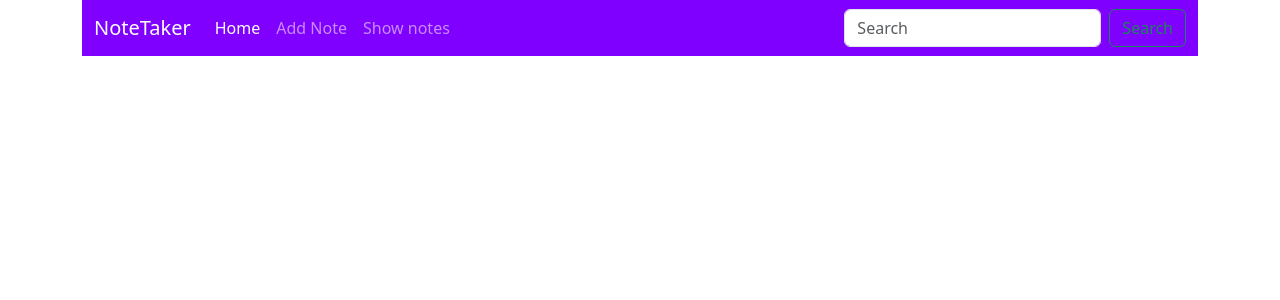
Repository: smritihbtu/Note-Maker
Page: http://localhost/NoteTaker/
An editor plug-in stored every save of this project. The page is shown before and after the next save, followed by the edit.
The browser window is 1280 px wide. The pictures show the whole page.
The page is served by Tomcat 9.

Above is the page before, as saved 2023-08-19 16:20:38.

After the next save:
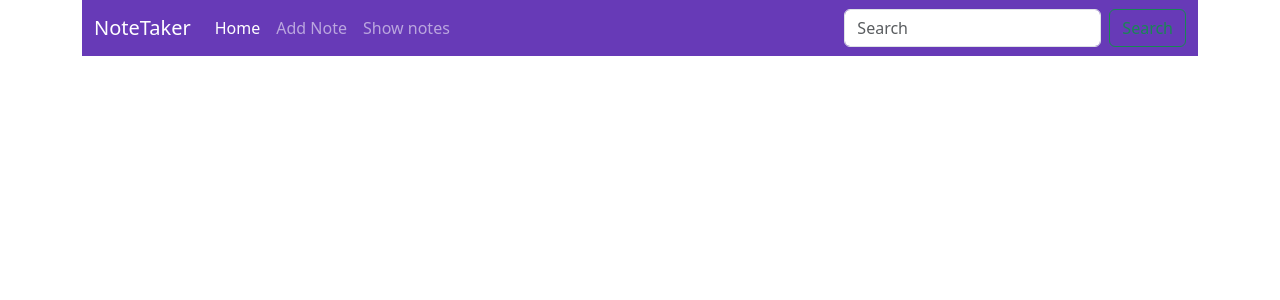
Saved 94 s later.
--- a/NoteTaker/src/main/webapp/css/style.css
+++ b/NoteTaker/src/main/webapp/css/style.css
@@ -1,5 +1,5 @@
 .purple{
-	background : rgb(128, 0, 255);
+	background :#673ab7;
 }
 /* .container{
 	background-color: red;
